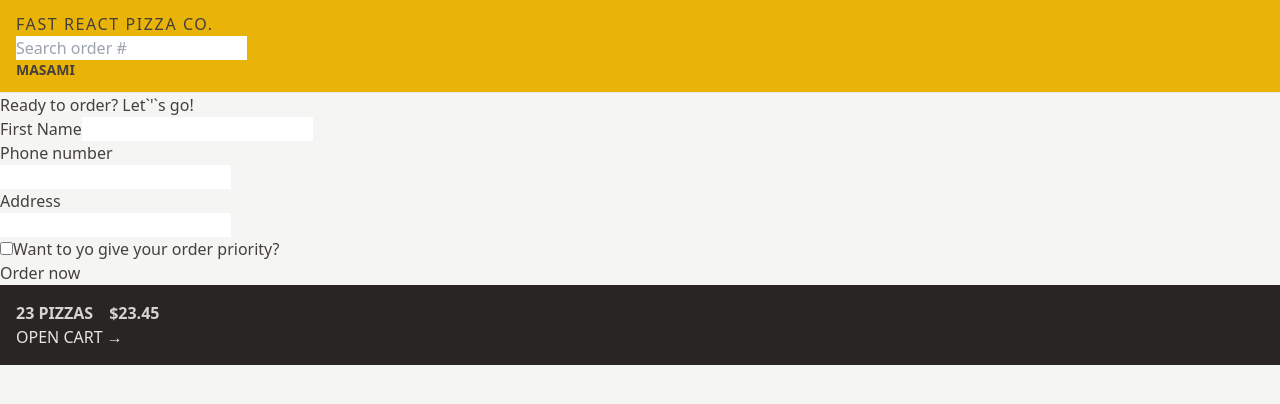
Repository: masamichan/pizza-vite
Page: /order/new
An editor plug-in stored every save of this project. The page is shown before and after the next save, followed by the edit.
The browser window is 1280 px wide. The pictures show the whole page.
The project was rebuilt for these pictures with package versions that can differ from the ones it lists, and the page was loaded fresh each time. Also part of the build but not shown: vite.config.js, src/ui/Home.jsx, src/utils/helpers.js, src/features/menu/MenuItem.jsx, src/features/menu/Menu.jsx, src/features/cart/Cart.jsx, src/features/order/Order.jsx, src/ui/Loader.jsx and 1 more. Imported but missing from the stored project, and not drawn on this page: src/features/user/CreateUser.

Above is the page before, as saved 2023-12-20 15:45:20.

### src/App.jsx
import { RouterProvider, createBrowserRouter } from "react-router-dom"
import Home from './ui/Home'
import Menu, {loader as menuLoader} from './features/menu/Menu';
import Cart from './features/cart/Cart';
import CreateOrder, {action as createOrderAction} from './features/order/CreateOrder';
import Order, {loader as orderLoader} from "./features/order/Order"
import AppLayout from "./ui/AppLayout";
import Error from "./ui/Error"

const router = createBrowserRouter([
  {
    element: <AppLayout />,
    errorElement: <Error />,
    children: [
  { path: "/", element: <Home/>},
  { path: "/menu", element: <Menu />, loader: menuLoader, errorElement: <Error />},
  {path: "/cart",element: <Cart />},
  {path: "/order/new",element: <CreateOrder />, action: createOrderAction},
  {path: "/order/:orderId", element: <Order />, loader: orderLoader, errorElement: <Error />}
    ],
  },
])




function App() {
  return <RouterProvider router={router} />
}

export default App

### src/features/order/CreateOrder.jsx
import { useState } from "react";
import { Form, redirect, useActionData, useNavigation } from "react-router-dom";
import { createOrder } from "../../services/apiRestaurant";

// https://uibakery.io/regex-library/phone-number
const isValidPhone = (str) =>
  /^\+?\d{1,4}?[-.\s]?\(?\d{1,3}?\)?[-.\s]?\d{1,4}[-.\s]?\d{1,4}[-.\s]?\d{1,9}$/.test(
    str
  );

const fakeCart = [
  {
    pizzaId: 12,
    name: "Mediterranean",
    quantity: 2,
    unitPrice: 16,
    totalPrice: 32,
  },
  {
    pizzaId: 6,
    name: "Vegetale",
    quantity: 1,
    unitPrice: 13,
    totalPrice: 13,
  },
  {
    pizzaId: 11,
    name: "Spinach and Mushroom",
    quantity: 1,
    unitPrice: 15,
    totalPrice: 15,
  },
];

function CreateOrder() {
  const navigation = useNavigation()
  const isSubmitting = navigation.state === "submitting"

  const formErrors = useActionData()


  // const [withPriority, setWithPriority] = useState(false);
  const cart = fakeCart;

  return (
    <div>
      <h2>Ready to order? Let`&apos;`s go!</h2>

      <Form method="POST">
        <div>
          <label>First Name</label>
          <input type="text" name="customer" required />
        </div>

        <div>
          <label>Phone number</label>
          <div>
            <input type="tel" name="phone" required />
          </div>
          {formErrors ?.phone && <p>{formErrors.phone}</p>}
        </div>

        <div>
          <label>Address</label>
          <div>
            <input type="text" name="address" required />
          </div>
        </div>

        <div>
          <input
            type="checkbox"
            name="priority"
            id="priority"
            // value={withPriority}
            // onChange={(e) => setWithPriority(e.target.checked)}
          />
          <label htmlFor="priority">Want to yo give your order priority?</label>
        </div>

        <div>
          <input type="hidden" name="cart" value={JSON.stringify(cart)} />
          <button disabled={isSubmitting}>
            {isSubmitting ? "Placing order..." : "Order now"}
          </button>
        </div>
      </Form>
    </div>
  );
}

export async function action({request}) {
  const formData = await request.formData()
  const data = Object.fromEntries(formData)

  const order = {
    ...data,
    cart: JSON.parse(data.cart),
    priority: data.priority === "on"
  }

  const errors = {}
  if (!isValidPhone(order.phone))
    errors.phone = "Please give us your correct phone number. We might need it to contact you."

  if (Object.keys(errors).length > 0) return errors

  const newOrder = await createOrder(order)

  return redirect(`/order/${newOrder.id}`)
}

export default CreateOrder;

### src/ui/AppLayout.jsx
import Header from "./Header"
import Loader from './Loader'
import { Outlet, useNavigation } from "react-router-dom"
import CartOverview from "../features/cart/CartOverview"


function AppLayout() {
  const navigation = useNavigation()
  const isLoading = navigation.state === "loading"
  return (
    <div className="layout">
    {isLoading && <Loader />}

    <Header />
    <main>
      <Outlet />
    </main>
    <CartOverview/>
    </div>
  )
}

export default AppLayout

### src/services/apiRestaurant.js
const API_URL = 'https://react-fast-pizza-api.onrender.com/api';

export async function getMenu() {
  const res = await fetch(`${API_URL}/menu`);

  // fetch won't throw error on 400 errors (e.g. when URL is wrong), so we need to do it manually. This will then go into the catch block, where the message is set
  if (!res.ok) throw Error('Failed getting menu');

  const { data } = await res.json();
  return data;
}

export async function getOrder(id) {
  const res = await fetch(`${API_URL}/order/${id}`);
  if (!res.ok) throw Error(`Couldn't find order #${id}`);

  const { data } = await res.json();
  return data;
}

export async function createOrder(newOrder) {
  try {
    const res = await fetch(`${API_URL}/order`, {
      method: 'POST',
      body: JSON.stringify(newOrder),
      headers: {
        'Content-Type': 'application/json',
      },
    });

    if (!res.ok) throw Error();
    const { data } = await res.json();
    return data;
  } catch {
    throw Error('Failed creating your order');
  }
}

export async function updateOrder(id, updateObj) {
  try {
    const res = await fetch(`${API_URL}/order/${id}`, {
      method: 'PATCH',
      body: JSON.stringify(updateObj),
      headers: {
        'Content-Type': 'application/json',
      },
    });

    if (!res.ok) throw Error();
    // We don't need the data, so we don't return anything
  } catch (err) {
    throw Error('Failed updating your order');
  }
}

### src/ui/Header.jsx
import { Link } from "react-router-dom"
import SearchOrder from "../features/order/SearchOrder"
import UserName from "../features/user/UserName"

function Header() {
  return (
    <header className="bg-yellow-500 border-b border-stone-200 px-4 py-3 uppercase">
    <Link to="/" className="tracking-widest">Fast React Pizza Co.</Link>
    <SearchOrder />
    <UserName />
    </header>
  )
}

export default Header

### src/features/cart/CartOverview.jsx
import { Link } from "react-router-dom";

function CartOverview() {
  return (
    <div className="bg-stone-800 p-4 uppercase text-stone-200" >
      <p className="space-x-4 font-semibold text-stone-300">
        <span>23 pizzas</span>
        <span>$23.45</span>
      </p>
      <Link to="/cart">Open cart &rarr;</Link>
    </div>
  );
}

export default CartOverview;

### src/features/order/SearchOrder.jsx
import { useState } from "react"
import { useNavigate } from "react-router-dom";

function SearchOrder() {

  const[query, setQuery] = useState('')
  const navigate = useNavigate()

  function handleSubmit(e) {
    e.preventDefault();
    if(!query) return;
    navigate(`/order/${query}`)
    setQuery("");
  }

  return (
    <form onSubmit={handleSubmit}>
      <input
      placeholder="Search order #"
      value={query}
      onChange={(e) => setQuery(e.target.value)}
      />
    </form>
  )
}

export default SearchOrder

### src/features/user/UserName.jsx


function UserName() {
  return (
    <div className="text-sm font-semibold">Masami</div>
  )
}

export default UserName

Loaded but not shown: index.html (common file); src/main.jsx (common file); src/index.css (common file); tailwind.config.js (common file)

After the next save:
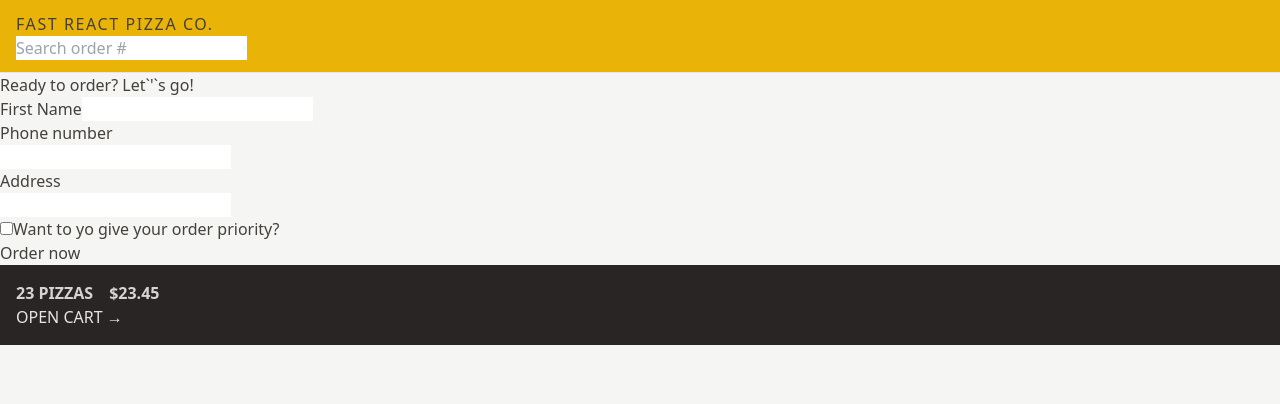
Saved 2 min 57 s later.
--- a/src/features/user/UserName.jsx
+++ b/src/features/user/UserName.jsx
@@ -1,8 +1,7 @@
-
 
 function UserName() {
   return (
-    <div className="text-sm font-semibold">Masami</div>
+    <div className="text-sm hidden font-semibold">Masami</div>
   )
 }
 
